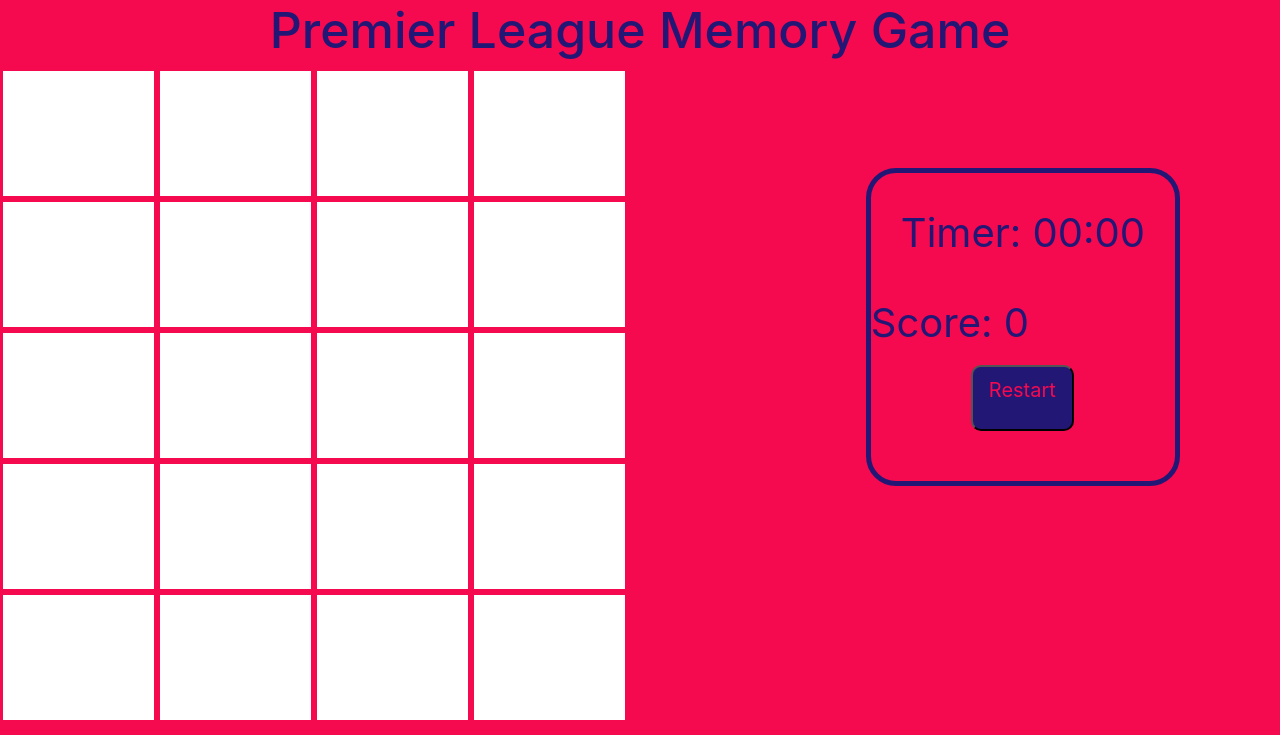
Repository: IchaTreasure/Premier-League-Memory-Game-
Page: index.html
The author's editor kept a record of every edit. The page is drawn from the files as they stood at one moment, then again after the next edit.
The browser window is 1280 px wide. The pictures show the whole page.
Some web libraries are served in a nearby version.

Above is the page before.
Console error: TypeError: Cannot read properties of null (reading 'addEventListener')

### index.html
<!DOCTYPE html>
<html lang="en">

<head>
    <meta charset="UTF-8">
    <meta name="viewport" content="width=device-width, initial-scale=1.0">
    <meta http-equiv="X-UA-Compatible" content="ie=edge">

    <link rel="stylesheet" href="https://maxcdn.bootstrapcdn.com/bootstrap/4.1.3/css/bootstrap.min.css">
    <link rel="stylesheet" href="https://use.fontawesome.com/releases/v5.6.1/css/all.css" integrity="sha384-gfdkjb5BdAXd+lj+gudLWI+BXq4IuLW5IT+brZEZsLFm++aCMlF1V92rMkPaX4PP" crossorigin="anonymous">
    <link rel="stylesheet" href="https://stackpath.bootstrapcdn.com/bootstrap/4.3.1/css/bootstrap.min.css" type="text/css" />
    <link rel="stylesheet" href="https://stackpath.bootstrapcdn.com/font-awesome/4.7.0/css/font-awesome.min.css" type="text/css" />
    <link rel="stylesheet" href="https://cdnjs.cloudflare.com/ajax/libs/hover.css/2.3.1/css/hover-min.css" type="text/css" />
    <link href="https://fonts.googleapis.com/css?family=Roboto:400,700" rel="stylesheet">
    <link rel="canonical" href="https://getbootstrap.com/docs/4.3/examples/starter-template/">



    <link rel="stylesheet" href="styles.css" type="text/css" />
    <title>Premier League Memory Game</title>
</head>

<body>
    <!-- Title of the the game -->
    <h1 style="color: #221775; text-align: center; font-size: 50px;">
        Premier League Memory Game
    </h1>

    <!-- div for info about the current status of the game i.e time, score, flips -->
    <div class="game-info">

        <!-- div to show timer -->
        <div class="game-timer">
            <span>Timer:</span>
            <span>00:00</span>
        </div>

        <!-- div to show currnet score -->
        <div id="game-score">
        <span>Score:</span>
        <span>0</span>
        </div>

        <!-- div to reset the game -->
        <button class="reset-game btn-lg active">
       <p style="color: #f50a50;">Restart</p>
        </button>

    </div>

    <!-- div for the 4x5 Memory game -->
    <div id="game-container">

        <!-- div for the front and back images of the cards , coppied 20 time because its a 4x5 -->
        <div id="memory-card1" class="memory-card">
            <div id="back-card1" class="back-card">
                <img src="Images/manunited.jpg"></img>
            </div>
            <div id="front-card1" class="front-card">

            </div>
        </div>

        <!-- div for the front and back images of the cards , coppied 20 time because its a 4x5 -->
        <div id="memory-card2" class="memory-card">
            <div id="back-card2" class="back-card">
                <img src="Images/Mancity.png"></img>
            </div>
            <div id="front-card2" class="front-card">

            </div>
        </div>

        <!-- div for the front and back images of the cards , coppied 20 time because its a 4x5 -->
        <div id="memory-card3" class="memory-card">
            <div id="back-card3" class="back-card">
                <img src="Images/leicester.jpg"></img>
            </div>
            <div id="front-card3" class="front-card">

            </div>
        </div>

        <!-- div for the front and back images of the cards , coppied 20 time because its a 4x5 -->
        <div id="memory-card4" class="memory-card">
            <div id="back-card4" class="back-card">
                <img src="Images/Everton.png"></img>
            </div>
            <div id="front-card4" class="front-card">

            </div>
        </div>

        <!-- div for the front and back images of the cards , coppied 20 time because its a 4x5 -->
        <div id="memory-card5" class="memory-card">
            <div id="back-card5" class="back-card">
                <img src="Images/chelsea.png"></img>
            </div>
            <div id="front-card5" class="front-card">

            </div>
        </div>

        <!-- div for the front and back images of the cards , coppied 20 time because its a 4x5 -->
        <div id="memory-card6" class="memory-card">
            <div id="back-card6" class="back-card">
                <img src="Images/Watford.png"></img>
            </div>
            <div id="front-card6" class="front-card">

            </div>
        </div>

        <!-- div for the front and back images of the cards , coppied 20 time because its a 4x5 -->
        <div id="memory-card7" class="memory-card">
            <div id="back-card7" class="back-card">
                <img src="Images/west-ham.png"></img>
            </div>
            <div id="front-card7" class="front-card">

            </div>
        </div>

        <!-- div for the front and back images of the cards , coppied 20 time because its a 4x5 -->
        <div id="memory-card8" class="memory-card">
            <div id="back-card8" class="back-card">
                <img src="Images/bournemouth.jpg"></img>
            </div>
            <div id="front-card8" class="front-card">

            </div>
        </div>

        <!-- div for the front and back images of the cards , coppied 20 time because its a 4x5 -->
        <div id="memory-card9" class="memory-card">
            <div id="back-card9" class="back-card">
                <img src="Images/Burnley.png"></img>
            </div>
            <div id="front-card9" class="front-card">

            </div>
        </div>

        <!-- div for the front and back images of the cards , coppied 20 time because its a 4x5 -->
        <div id="memory-card10" class="memory-card">
            <div id="back-card10" class="back-card">
                <img src="Images/crystal_pal.png"></img>
            </div>
            <div id="front-card10" class="front-card">

            </div>
        </div>

        <!-- div for the front and back images of the cards , coppied 20 time because its a 4x5 -->
        <div id="memory-card11" class="memory-card">
            <div id="back-card11" class="back-card">
                <img src="Images/manunited.jpg"></img>
            </div>
            <div id="front-card11" class="front-card">

            </div>
        </div>

        <!-- div for the front and back images of the cards , coppied 20 time because its a 4x5 -->
        <div id="memory-card12" class="memory-card">
            <div id="back-card12" class="back-card">
                <img src="Images/Watford.png"></img>
            </div>
            <div id="front-card12" class="front-card">

            </div>
        </div>

        <!-- div for the front and back images of the cards , coppied 20 time because its a 4x5 -->
        <div id="memory-card13" class="memory-card">
            <div id="back-card13" class="back-card">
                <img src="Images/Burnley.png"></img>
            </div>
            <div id="front-card13" class="front-card">

            </div>
        </div>

        <!-- div for the front and back images of the cards , coppied 20 time because its a 4x5 -->
        <div id="memory-card14" class="memory-card">
            <div id="back-card14" class="back-card">
                <img src="Images/west-ham.png"></img>
            </div>
            <div id="front-card14" class="front-card">

            </div>
        </div>

        <!-- div for the front and back images of the cards , coppied 20 time because its a 4x5 -->
        <div id="memory-card15" class="memory-card">
            <div id="back-card15" class="back-card">
                <img src="Images/chelsea.png"></img>
            </div>
           <div id="front-card15" class="front-card">

            </div>
        </div>

        <!-- div for the front and back images of the cards , coppied 20 time because its a 4x5 -->
        <div id="memory-card16" class="memory-card">
            <div id="back-card16" class="back-card">
                <img src="Images/bournemouth.jpg"></img>
            </div>
            <div id="front-card16" class="front-card">

            </div>
        </div>

        <!-- div for the front and back images of the cards , coppied 20 time because its a 4x5 -->
        <div id="memory-card17" class="memory-card">
            <div id="back-card17" class="back-card">
                <img src="Images/leicester.jpg"></img>
            </div>
            <div id="front-card17" class="front-card">

            </div>
        </div>

        <!-- div for the front and back images of the cards , coppied 20 time because its a 4x5 -->
        <div id="memory-card18" class="memory-card">
            <div id="back-card18" class="back-card">
                <img src="Images/crystal_pal.png"></img>
            </div>
            <div id="front-card18" class="front-card">

            </div>
        </div>

        <!-- div for the front and back images of the cards , coppied 20 time because its a 4x5 -->
        <div id="memory-card19" class="memory-card">
            <div id="back-card19" class="back-card">
                <img src="Images/Mancity.png"></img>
            </div>
            <div id="front-card19" class="front-card">

            </div>
        </div>

        <!-- div for the front and back images of the cards , coppied 20 time because its a 4x5 -->
        <div id="memory-card20" class="memory-card">
            <div id="back-card20" class="back-card">
                <img src="Images/Everton.png"></img>
            </div>
            <div id="front-card20" class="front-card">

            </div>
        </div>

    </div>

<script type="text/javascript" src="script.js"></script>

    <script src="https://code.jquery.com/jquery-3.3.1.slim.min.js" integrity="sha384-q8i/X+965DzO0rT7abK41JStQIAqVgRVzpbzo5smXKp4YfRvH+8abtTE1Pi6jizo" crossorigin="anonymous"></script>
    <script src="https://cdnjs.cloudflare.com/ajax/libs/popper.js/1.14.7/umd/popper.min.js" integrity="sha384-UO2eT0CpHqdSJQ6hJty5KVphtPhzWj9WO1clHTMGa3JDZwrnQq4sF86dIHNDz0W1" crossorigin="anonymous"></script>
    <script src="https://stackpath.bootstrapcdn.com/bootstrap/4.3.1/js/bootstrap.min.js" integrity="sha384-JjSmVgyd0p3pXB1rRibZUAYoIIy6OrQ6VrjIEaFf/nJGzIxFDsf4x0xIM+B07jRM" crossorigin="anonymous"></script>

</body>

</html>

### styles.css
* {
  padding: 0;
  margin: 0;
  box-sizing: border-box;
  user-select: none;
}

body {
  background: #f50a50;
}

/* currnent status of the game stying */
.game-info {
  float: right;
	font-size: 40px;
	color: #221775;
	margin-top: 100px;
	margin-bottom: 130px;
	margin-right: 100px;
	margin-left: 100px;
	border: 5px solid #221775;
	border-radius: 30px;
}

/* Space between the timer and score */
.game-score,
.game-timer{
  margin: 30px;
}

.reset-game {
  background-color: #221775;
	margin-bottom: 50px;
	margin-left: 100px;
	border-radius: 10px;
}

.game-container {
  float: left;
	width: 800px;
	height: auto;
	margin: 10px 20px 20px 100px;
	border: 6px solid #221775;
	background-color: #221775;
	border-radius: 25px;
}

img {
	width: 100px;
	height: 90px;
}

.memory-card{
  width: 151px;
	height: 125px;
	display: inline-block;
	float: left;
	margin: 3px;
	padding-left: 25px;
	padding-top: 15px;
	background-color: white;
}

.front-card {
	position: absolute;
	width: 150px;
	height: 125px;
	margin: 0;
	transform: rotateY(0deg);
	transition: transform 0.5s linear 0s;
	backface-visibility: hidden;
}

.back-card {
	position: absolute;
	width: 150px;
	height: 125px;
	padding-left: 50px;
	transform: rotateY(180deg);
	transition: transform 0.5s linear 0s;
	backface-visibility: hidden;
}

### script.js
//retriving the the classes of the game, timer, score and reset
var gamecontainer = document.getElementById("game-container");
var gametimer = document.getElementsByClassName("game-timer");
var gamescore = document.getElementById("game-score");
var resetgame = document.getElementsByClassName("reset-game");

var cardChecked = 0;
var cardNumber; // id of which card was clicked

var frontcard;
var backcard;

var endgame = false;

var cardIndex = [0, 0, 0, 0, 0, 0, 0, 0, 0, 0, 0, 0, 0, 0, 0, 0, 0, 0, 0, 0];

var cardTextRecord = [];

var cardRecord = [];

var numberOfFlips = 0;

var scoreCounter = 0;

//Fliping the cards
//gamecontainer.addEventListener("click", function(e) { // Listening for click
document.getElementById("game-container").addEventListener("click", function(e) { // Listening for click
	var targetElement = e.target.parentElement; //finding out which element was clicked and the parent of that elemnt
	var numId = targetElement.id;
	if (Number.isInteger(parseInt(numId.replace("back-card", ""), 10))) {
		cardClicked(targetElement.parentElement.id);
	}
	else {
		cardClicked(numId);
	}
});


function cardClicked(cardId) {
	cardNumber = cardId.replace("memory-card", "");
	cardNumber = parseInt(cardNumber, 10);

	if (cardIndex[cardNumber - 1] == 0 && cardChecked == 0 && endgame == false) {

		//frontcard = document.getElementById("front-card" + cardNumber);
		//backcard = document.getElementById("back-card" + cardNumber);
		document.getElementById("front-card" + cardNumber).style.transform = "rotateY(-180deg)";
		document.getElementById("back-card" + cardNumber).style.transform = "rotateY(0deg)";

		cardTextRecord.push(document.getElementById("back-card" + cardNumber).innerHTML);
		cardRecord.push(cardNumber);

		numberOfFlips++;
		cardIndex[cardNumber - 1] = 1;

		if (numberOfFlips == 2) {
			if (cardTextRecord[0] == cardTextRecord[1]) {
				scoreCounter++;
				//gamescore.innerHTML = "Score: " + scoreCounter;
				document.getElementById("game-score").innerHTML = "Score: " + scoreCounter;
				cardTextRecord = [];
				cardRecord = [];

				numberOfFlips = 0;

				if (scoreCounter == 10) {
					clearTimeout();
					setTimeout(function() { showScore(); }, 600);
				}
				return;
			}
			else {
				cardChecked = 1;
				setTimeout(function() { unFlip(); }, 600);
				return;
			}
		}
	}

	if (endgame == true) {
		alert("Game Over, click reset to reshuffle the Board");
	}
}

function unFlip() {
	document.getElementById("front-card" + cardRecord[0]).style.transform = "rotateY(0deg)";
	document.getElementById("back-card" + cardRecord[0]).style.transform = "rotateY(180deg)";
	document.getElementById("front-card" + cardRecord[1]).style.transform = "rotateY(0deg)";
	document.getElementById("back-card" + cardRecord[1]).style.transform = "rotateY(180deg)";

	cardIndex[cardRecord[0] - 1] = 0;
	cardIndex[cardRecord[1] - 1] = 0;
	cardTextRecord = [];
	cardRecord = [];
	numberOfFlips = 0;
	cardChecked = 0;
}

function showScore() {
	endgame = true;

	if (scoreCounter == 10) {
		alert("Congratulations! You won! Your Score is " + scoreCounter);
	}
	else {
		alert("Sorry!!!! You Lost Your score is " + scoreCounter);

	}
}

document.getElementById("reset-game").addEventListener("click", startNewGame);

function startNewGame() {
	window.location.reload();
}

After the next edit:
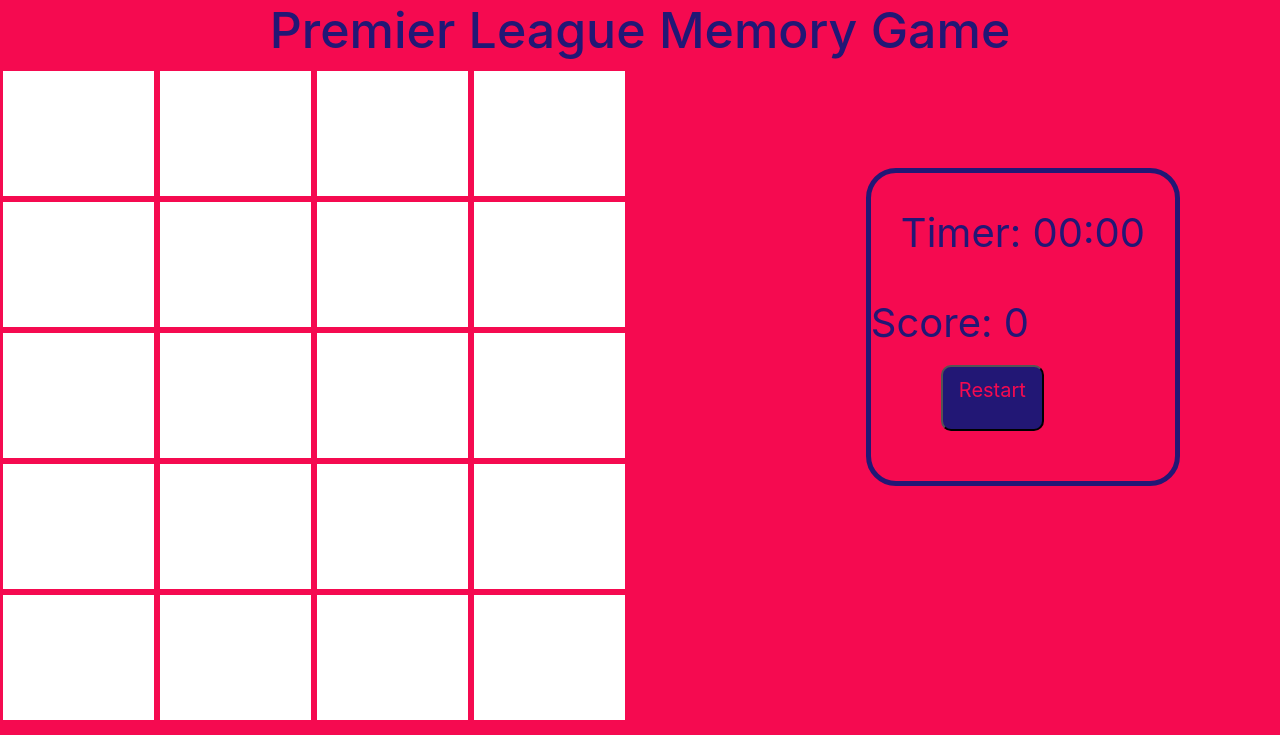
The edit:
--- a/styles.css
+++ b/styles.css
@@ -31,7 +31,7 @@
 .reset-game {
   background-color: #221775;
 	margin-bottom: 50px;
-	margin-left: 100px;
+	margin-left: 70px;
 	border-radius: 10px;
 }
 
